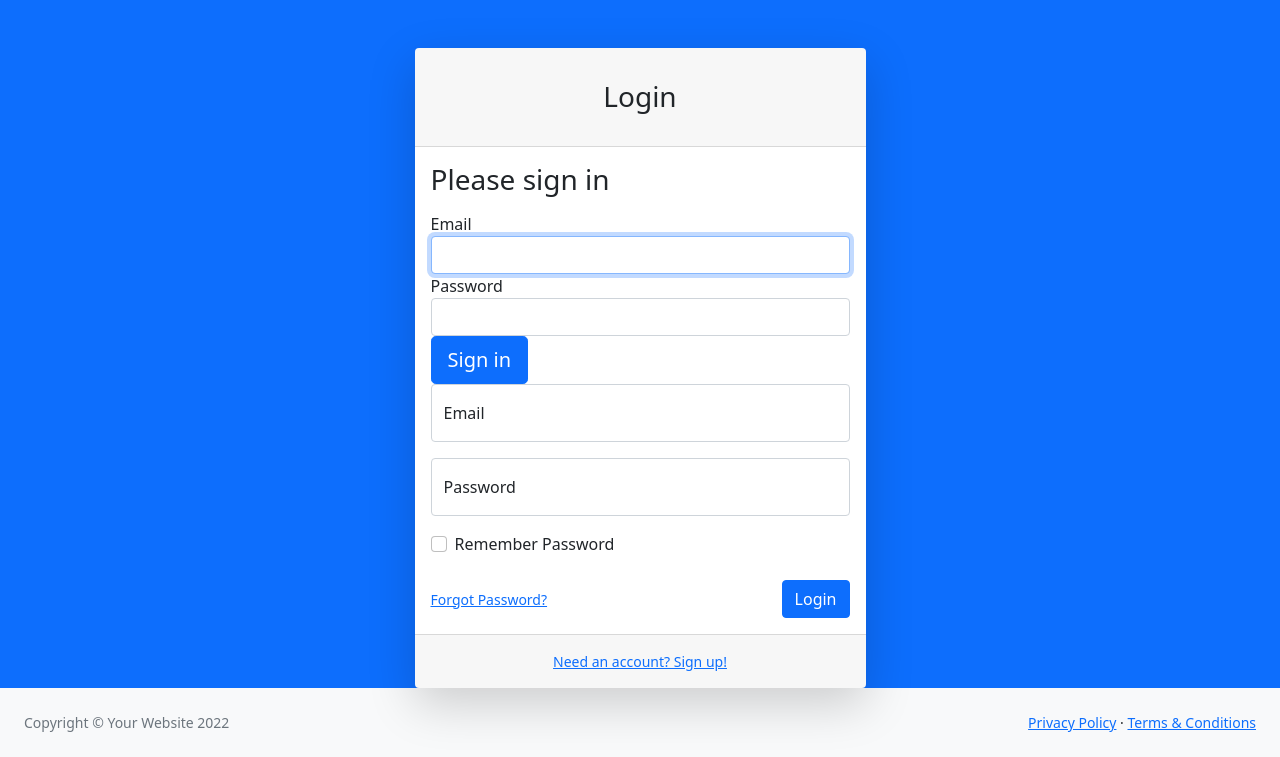
Repository: freddy1212/adulams
Page: templates/login.html.twig
The author's editor kept a copy of each file at every save. The page is drawn from the files as they stood at one save, then again after the next save.
The browser window is 1280 px wide. The pictures show the whole page.
Some web libraries are served in a nearby version. The page is a Twig template of a Symfony application; nobody is signed in and links lead nowhere. The template is opened directly, without the code that normally fills it, so the values that code supplies are empty.

Above is the page before, as saved 2022-08-29 17:56:36.

### templates/login.html.twig
<!DOCTYPE html>
<html lang="en">
    <head>
        <meta charset="utf-8" />
        <meta http-equiv="X-UA-Compatible" content="IE=edge" />
        <meta name="viewport" content="width=device-width, initial-scale=1, shrink-to-fit=no" />
        <meta name="description" content="" />
        <meta name="author" content="" />
        <title>Login - SB Admin</title>
        <link href="{{asset('assets/css/styles.css')}}" rel="stylesheet" />
        <script src="https://use.fontawesome.com/releases/v6.1.0/js/all.js" crossorigin="anonymous"></script>
    </head>
    <body class="bg-primary">
        <div id="layoutAuthentication">
            <div id="layoutAuthentication_content">
                <main>
                    <div class="container">
                        <div class="row justify-content-center">
                            <div class="col-lg-5">
                                <div class="card shadow-lg border-0 rounded-lg mt-5">
                                    <div class="card-header"><h3 class="text-center font-weight-light my-4">Login</h3></div>
                                    <div class="card-body">
                                        {% block body %}
                                            <form method="post">
                                                {% if error %}
                                                    <div class="alert alert-danger">{{ error.messageKey|trans(error.messageData, 'security') }}</div>
                                                {% endif %}

                                                {% if app.user %}
                                                    <div class="mb-3">
                                                        You are logged in as {{ app.user.userIdentifier }}, <a href="{{ path('app_logout') }}">Logout</a>
                                                    </div>
                                                {% endif %}

                                                <h1 class="h3 mb-3 font-weight-normal">
                                                    {% block pageTitle %}
                                                        Please sign in
                                                    {% endblock %}
                                                </h1>
                                                <label for="inputEmail">Email</label>
                                                <input type="email" value="{{ last_username }}" name="email" id="inputEmail" class="form-control" autocomplete="email" required autofocus>
                                                <label for="inputPassword">Password</label>
                                                <input type="password" name="password" id="inputPassword" class="form-control" autocomplete="current-password" required>

                                                <input type="hidden" name="_csrf_token"
                                                       value="{{ csrf_token('authenticate') }}"
                                                >

                                                {#
                                                    Uncomment this section and add a remember_me option below your firewall to activate remember me functionality.
                                                    See https://symfony.com/doc/current/security/remember_me.html

                                                    <div class="checkbox mb-3">
                                                        <label>
                                                            <input type="checkbox" name="_remember_me"> Remember me
                                                        </label>
                                                    </div>
                                                #}

                                                <button class="btn btn-lg btn-primary" type="submit">
                                                    Sign in
                                                </button>
                                            </form>
                                            {% endblock %}
                                        <form>
                                            <div class="form-floating mb-3">
                                                <label for="inputEmail">Email</label>
                                                <input type="email" value="{{ last_username }}" name="email" id="inputEmail" class="form-control" autocomplete="email" required autofocus>
                                            </div>
                                            <div class="form-floating mb-3">
                                                <input class="form-control" id="inputPassword" type="password" placeholder="Password" />
                                                <label for="inputPassword">Password</label>
                                            </div>
                                            <div class="form-check mb-3">
                                                <input class="form-check-input" id="inputRememberPassword" type="checkbox" value="" />
                                                <label class="form-check-label" for="inputRememberPassword">Remember Password</label>
                                            </div>
                                            <div class="d-flex align-items-center justify-content-between mt-4 mb-0">
                                                <a class="small" href="password.html">Forgot Password?</a>
                                                <a class="btn btn-primary" href="index.html">Login</a>
                                            </div>
                                        </form>
                                    </div>
                                    <div class="card-footer text-center py-3">
                                        <div class="small"><a href="register.html">Need an account? Sign up!</a></div>
                                    </div>
                                </div>
                            </div>
                        </div>
                    </div>
                </main>
            </div>
            <div id="layoutAuthentication_footer">
                <footer class="py-4 bg-light mt-auto">
                    <div class="container-fluid px-4">
                        <div class="d-flex align-items-center justify-content-between small">
                            <div class="text-muted">Copyright &copy; Your Website 2022</div>
                            <div>
                                <a href="#">Privacy Policy</a>
                                &middot;
                                <a href="#">Terms &amp; Conditions</a>
                            </div>
                        </div>
                    </div>
                </footer>
            </div>
        </div>
        <script src="https://cdn.jsdelivr.net/npm/bootstrap@5.1.3/dist/js/bootstrap.bundle.min.js" crossorigin="anonymous"></script>
        <script src="{{asset('assets/js/scripts.js')}}"></script>
    </body>
</html>

### public/assets/js/scripts.js
/*!
    * Start Bootstrap - SB Admin v7.0.5 (https://startbootstrap.com/template/sb-admin)
    * Copyright 2013-2022 Start Bootstrap
    * Licensed under MIT (https://github.com/StartBootstrap/startbootstrap-sb-admin/blob/master/LICENSE)
    */
    //
// Scripts
//

window.addEventListener('DOMContentLoaded', event => {

    // Toggle the side navigation
    const sidebarToggle = document.body.querySelector('#sidebarToggle');
    if (sidebarToggle) {
        // Uncomment Below to persist sidebar toggle between refreshes
        // if (localStorage.getItem('sb|sidebar-toggle') === 'true') {
        //     document.body.classList.toggle('sb-sidenav-toggled');
        // }
        sidebarToggle.addEventListener('click', event => {
            event.preventDefault();
            document.body.classList.toggle('sb-sidenav-toggled');
            localStorage.setItem('sb|sidebar-toggle', document.body.classList.contains('sb-sidenav-toggled'));
        });
    }

});

Loaded but not shown: public/assets/css/styles.css (library)

After the next save:
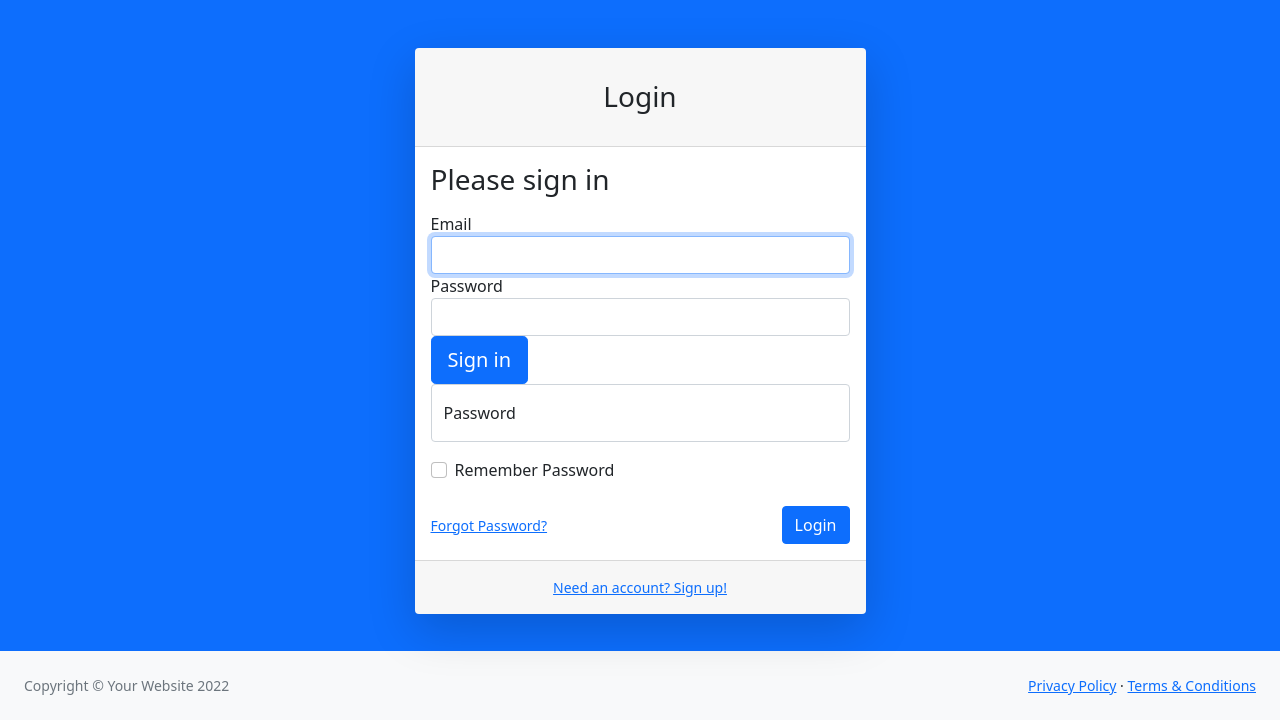
Saved 5 s later.
--- a/templates/login.html.twig
+++ b/templates/login.html.twig
@@ -63,10 +63,7 @@
                                             </form>
                                             {% endblock %}
                                         <form>
-                                            <div class="form-floating mb-3">
-                                                <label for="inputEmail">Email</label>
-                                                <input type="email" value="{{ last_username }}" name="email" id="inputEmail" class="form-control" autocomplete="email" required autofocus>
-                                            </div>
+
                                             <div class="form-floating mb-3">
                                                 <input class="form-control" id="inputPassword" type="password" placeholder="Password" />
                                                 <label for="inputPassword">Password</label>
